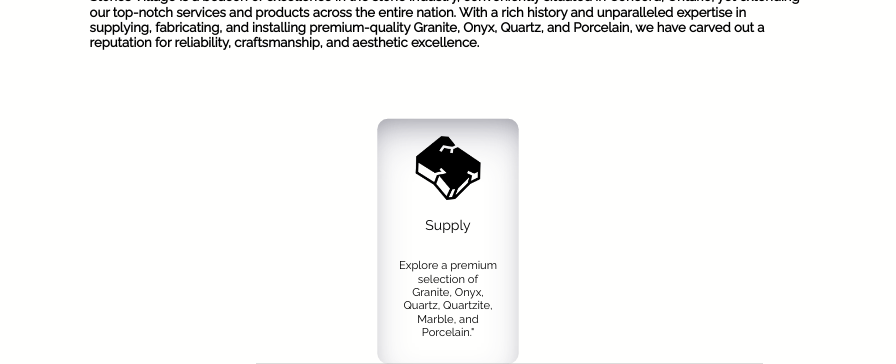
Repository: shayanabedi98/Stones-Village
Page: index.html
The author's editor kept a copy of each file at every save. The page is drawn from the files as they stood at one save, then again after the next save.
The browser window is 1280 px wide. The pictures show the part of the page from y = 904 to 2824 px (the page is 1424 px tall before and 2824 px after), at 70% of full size.
Backgrounds fixed to the window are drawn as part of the page.

Above is the page before, as saved 2023-10-22 16:44:18.

After the next save:
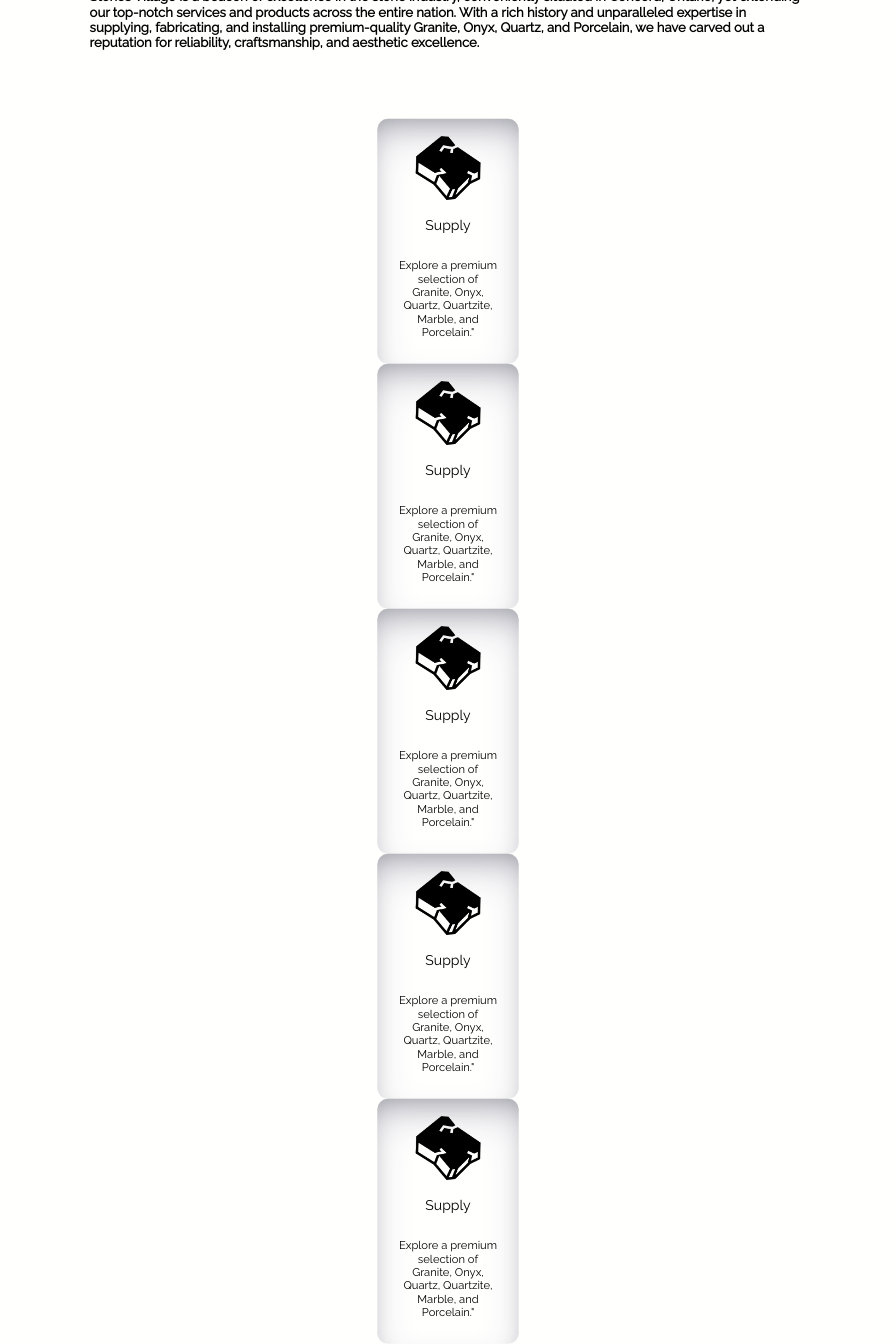
Saved 59 s later.
--- a/index.html
+++ b/index.html
@@ -49,6 +49,34 @@
                         <p class="card-description">Explore a premium selection of Granite, Onyx, Quartz, Quartzite, Marble, and Porcelain."</p>
                     </div>
                 </div>
+                <div class="card">
+                    <img src="./resources/stone-tablet-svgrepo-com.png" alt="Icon of Stone Slab">
+                    <div class="card-text">
+                        <p class="card-name">Supply</p>
+                        <p class="card-description">Explore a premium selection of Granite, Onyx, Quartz, Quartzite, Marble, and Porcelain."</p>
+                    </div>
+                </div>
+                <div class="card">
+                    <img src="./resources/stone-tablet-svgrepo-com.png" alt="Icon of Stone Slab">
+                    <div class="card-text">
+                        <p class="card-name">Supply</p>
+                        <p class="card-description">Explore a premium selection of Granite, Onyx, Quartz, Quartzite, Marble, and Porcelain."</p>
+                    </div>
+                </div>
+                <div class="card">
+                    <img src="./resources/stone-tablet-svgrepo-com.png" alt="Icon of Stone Slab">
+                    <div class="card-text">
+                        <p class="card-name">Supply</p>
+                        <p class="card-description">Explore a premium selection of Granite, Onyx, Quartz, Quartzite, Marble, and Porcelain."</p>
+                    </div>
+                </div>
+                <div class="card">
+                    <img src="./resources/stone-tablet-svgrepo-com.png" alt="Icon of Stone Slab">
+                    <div class="card-text">
+                        <p class="card-name">Supply</p>
+                        <p class="card-description">Explore a premium selection of Granite, Onyx, Quartz, Quartzite, Marble, and Porcelain."</p>
+                    </div>
+                </div>
             </div>
 
             <!-- Free Quotations
